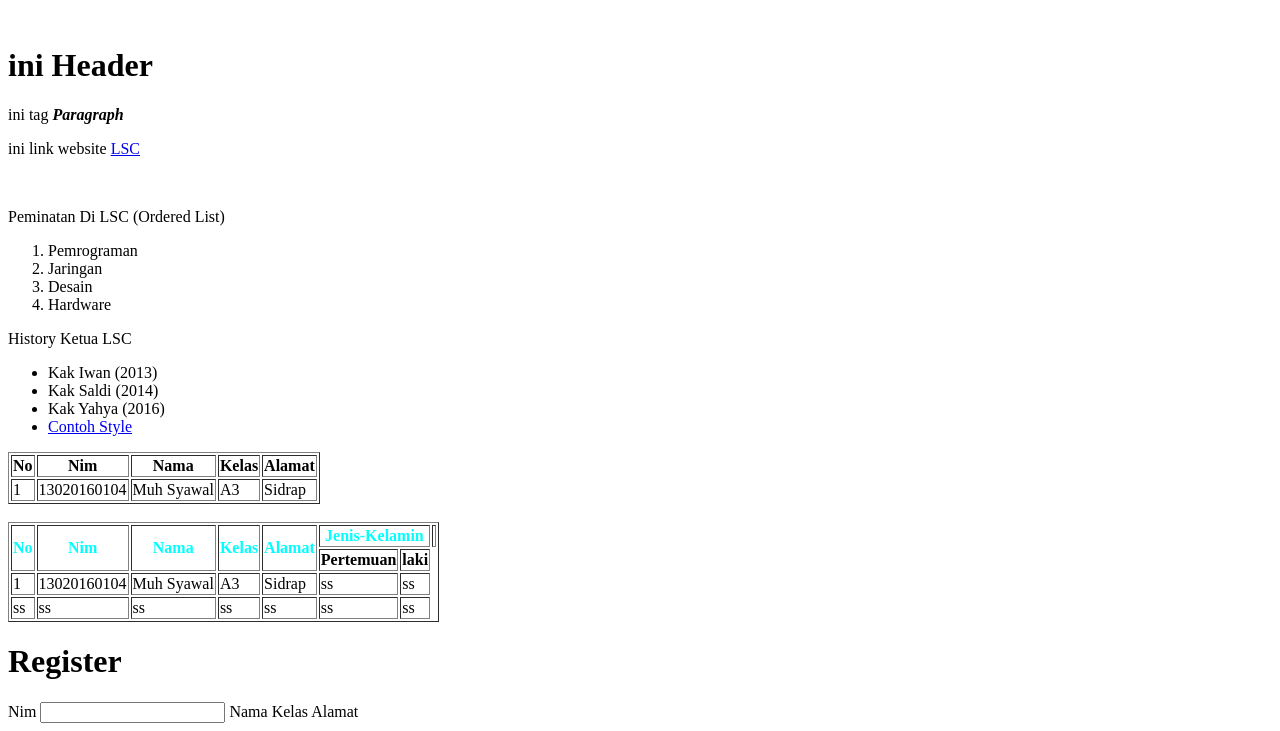
Repository: syawal2kalii/HelloWorld
Page: basichtml.htm
An editor plug-in stored every save of this project. The page is shown before and after the next save, followed by the edit.
The browser window is 1280 px wide. The pictures show the whole page.

Above is the page before, as saved 2019-11-17 12:31:10.

### basichtml.htm

<!--
Pertemuan 4
Overview
    Struktur Dasar
    Struktur Tag
        *Tag,Atribute,Property
    Berkenalan Dengan Beberapa Tag
        *header
        *Paragraph
        *Text Style (Bold,italic,font)
        *a
        *image
        *list
        *Table (colspan & Rowspan)
        *input
        *form
        *link import
    Dimensi dari setiap tag (block,inline)
    Studi Case : login,register,table user (No Style)

     -->

<!DOCTYPE html>
<html lang="en">
<head>
    <meta charset="UTF-8">
    <meta name="viewport" content="width=device-width, initial-scale=1.0">
    <meta http-equiv="X-UA-Compatible" content="ie=edge">
    <title>Basic HTML (Pertemuan 5)</title>
</head>
<body>
    <!-- tag atribute value
        global -> style,class (https://www.w3.org/TR/2010/WD-html-markup-20101019/global-attributes.html)
        local -> src
    -->

    <img src="" alt="">
    <h1>ini Header</h1>
    <p>ini tag <b><i>Paragraph</i></b></p>
    <p>ini link website <a href="http://www.lscumi.info.tm">LSC</a> </p>
    <img src="" alt="">
   <p> Peminatan Di LSC (Ordered List) </p>
    <ol>
        <li>Pemrograman</li>
        <li>Jaringan</li>
        <li>Desain</li>
        <li>Hardware</li>
    </ol>

    <p>History Ketua LSC</p>
    <ul>
        <li>Kak Iwan (2013)</li>
        <li>Kak Saldi (2014)</li>
        <li>Kak Yahya (2016)</li>
        <li><a href="https://www.w3schools.com/html/html_lists.asp">Contoh Style</a></li>
    </ul>

    <table border="1"> <!-- tag pembuka -->
        <tr> <!-- table row -->
            <th>No</th> <!-- table Head -->
            <th>Nim</th>
            <th>Nama</th>
            <th>Kelas</th>
            <th>Alamat</th>
        </tr>
        <tr>
            <td>1</td> <!-- table Data -->
            <td>13020160104</td> <!-- table Data -->
            <td>Muh Syawal</td> <!-- table Data -->
            <td>A3</td> <!-- table Data -->
            <td>Sidrap</td> <!-- table Data -->
        </tr>
    </table> <!-- tag penutup -->

    <table border="1">

        <tr style="color: aqua;">
            <th rowspan="2">No</th>
            <th rowspan="2">Nim</th>
            <th rowspan="2">Nama</th>
            <th rowspan="2">Kelas</th>
            <th rowspan="2">Alamat</th>
            <th colspan="2">Jenis-Kelamin</th>
            <th></th>
        </tr>

        <tr>
               <th>Pertemuan</td>
               <th>laki</td>

        </tr>
        <tr>
            <td>1</td>
            <td>13020160104</td>
            <td>Muh Syawal</td>
            <td>A3</td>
            <td>Sidrap</td>
            <td>ss</td>
            <td>ss</td>
        </tr>
        <br>
        <tr>
                <td>ss</td>
                <td>ss</td>
                <td>ss</td>
                <td>ss</td>
                <td>ss</td>
                <td>ss</td>
                <td>ss</td>
            </tr>
    </table>

    <h1>Register</h1>
    Nim <input type="text">
    Nama
    Kelas
    Alamat

    <!-- <link rel="stylesheet" href="lscumi.info.tm">Ini link ke website LSC -->


</body>


</html>

<!-- kemungkinan Error
    1.tag a tanpa http
    2.Margin di Css
-->

After the next save:
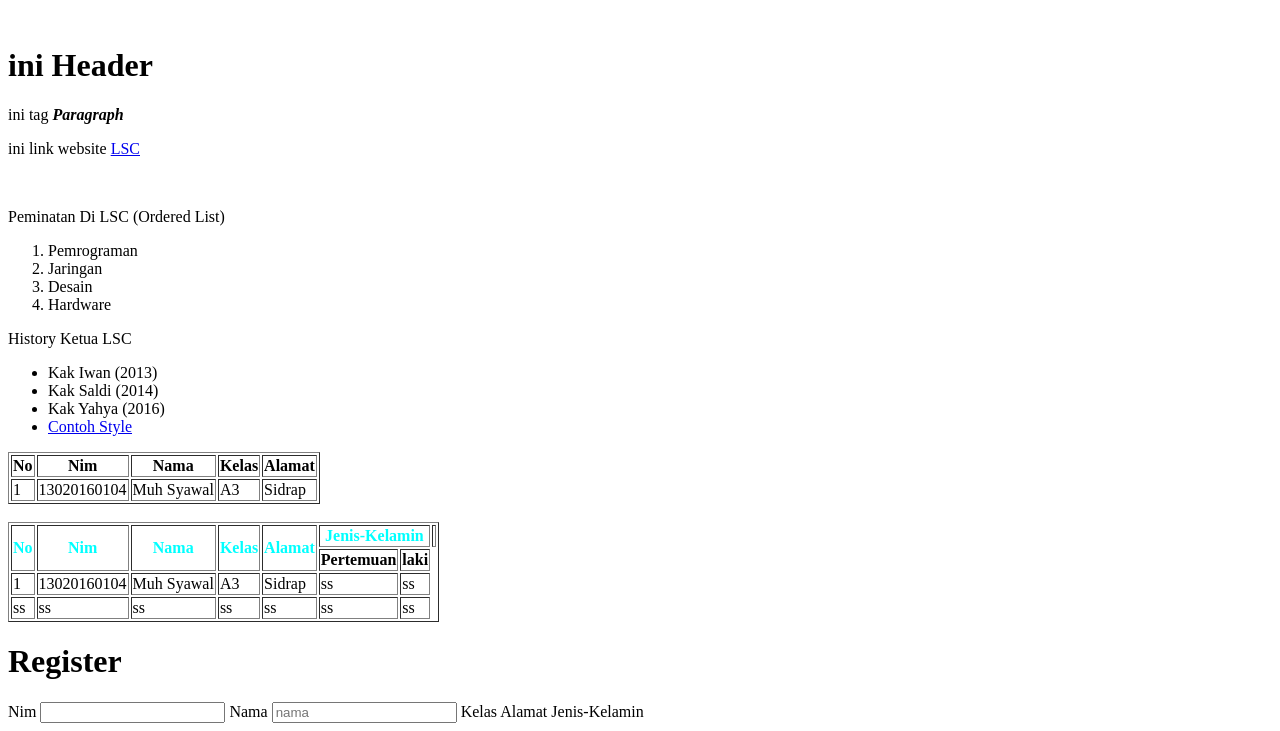
Saved 68 s later.
--- a/basichtml.htm
+++ b/basichtml.htm
@@ -113,9 +113,10 @@ Overview
 
     <h1>Register</h1>
     Nim <input type="text">
-    Nama
+    Nama <input type="text" placeholder="nama" name="" id="">
     Kelas
     Alamat
+    Jenis-Kelamin
 
     <!-- <link rel="stylesheet" href="lscumi.info.tm">Ini link ke website LSC -->
 
